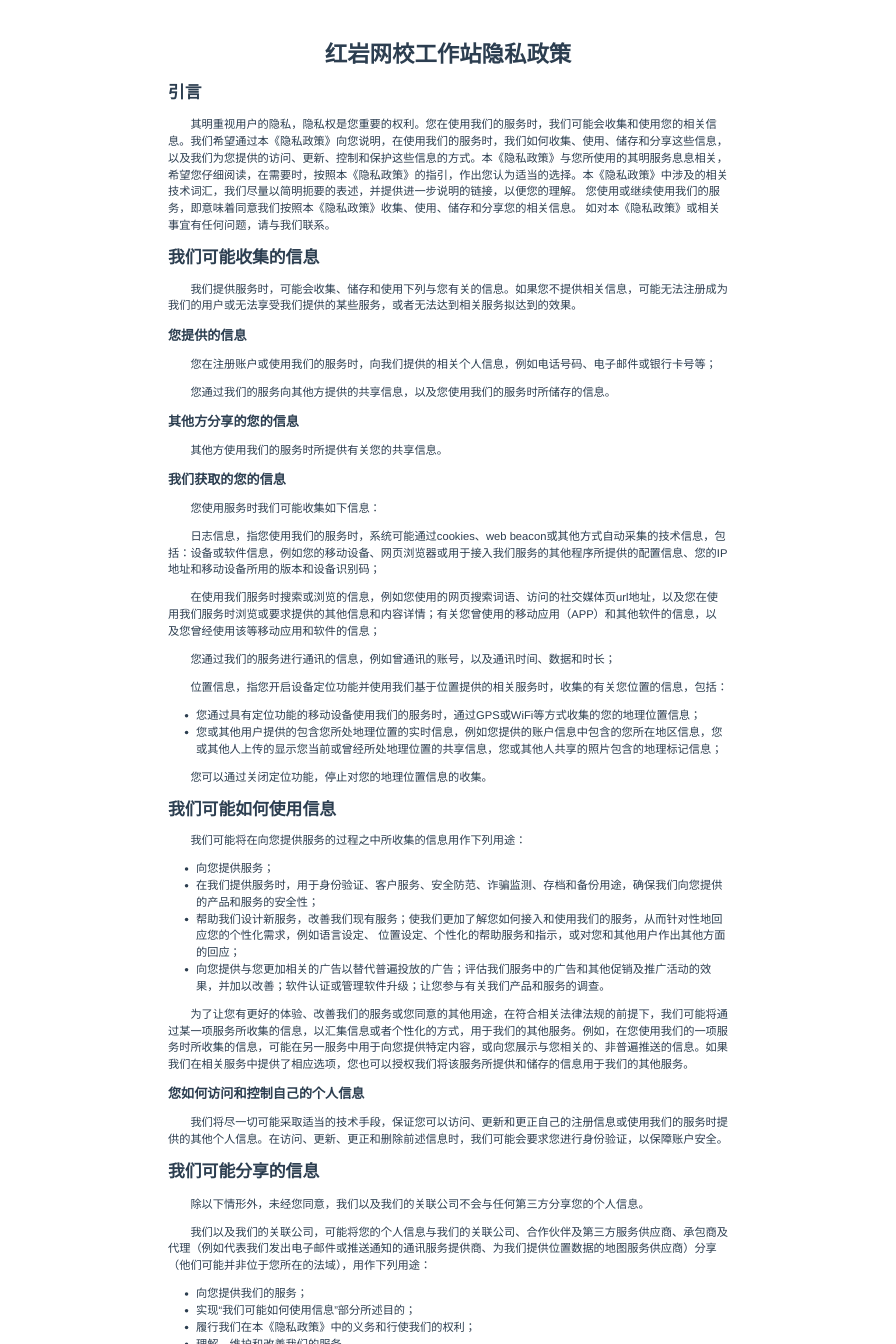
Repository: zl-mdc/privacy-policy
Page: /
An editor plug-in stored every save of this project. The page is shown before and after the next save, followed by the edit.
The browser window is 1280 px wide. The pictures show the part of the page from y = 0 to 1920 px (the page is 4327 px tall), at 70% of full size.
The project was rebuilt for these pictures with package versions that can differ from the ones it lists, and the page was loaded fresh each time.

Above is the page before, as saved 2020-09-17 16:20:18.

### src/main.js
import Vue from 'vue'
import App from './App.vue'
import 'normalize.css'

Vue.config.productionTip = false

new Vue({
  render: h => h(App),
}).$mount('#app')

### src/App.vue
<template>
  <div id="app">
    <Info />
  </div>
</template>

<script>
import Info from './components/Info';

export default {
  name: 'App',
  components: {
    Info
  }
}
</script>

<style>
#app {
  font-family: Avenir, Helvetica, Arial, sans-serif;
  -webkit-font-smoothing: antialiased;
  -moz-osx-font-smoothing: grayscale;
  text-align: center;
  color: #2c3e50;
  margin-top: 60px;
}
</style>

### src/components/Info.vue
<!--
 * @Author: Code_Master
 * @Date: 2020-09-17 15:00:51
 * @LastEditTime: 2020-09-17 16:20:18
 * @LastEditors: Code_Master
 * @FilePath: /privacy-policy/src/components/Info.vue
 * @Description: The first 90% of the code accounts for the first 90% of the development time. The remaining 10% of the code accounts for the other 90% of the development time.
-->
<template>
    <div id="info">
          <h1>红岩网校工作站隐私政策</h1>

          <h2>引言</h2>
          <p><span></span>其明重视用户的隐私，隐私权是您重要的权利。您在使用我们的服务时，我们可能会收集和使用您的相关信息。我们希望通过本《隐私政策》向您说明，在使用我们的服务时，我们如何收集、使用、储存和分享这些信息，以及我们为您提供的访问、更新、控制和保护这些信息的方式。本《隐私政策》与您所使用的其明服务息息相关，希望您仔细阅读，在需要时，按照本《隐私政策》的指引，作出您认为适当的选择。本《隐私政策》中涉及的相关技术词汇，我们尽量以简明扼要的表述，并提供进一步说明的链接，以便您的理解。 您使用或继续使用我们的服务，即意味着同意我们按照本《隐私政策》收集、使用、储存和分享您的相关信息。 如对本《隐私政策》或相关事宜有任何问题，请与我们联系。 </p>

          <h2>我们可能收集的信息</h2>
          <p>我们提供服务时，可能会收集、储存和使用下列与您有关的信息。如果您不提供相关信息，可能无法注册成为我们的用户或无法享受我们提供的某些服务，或者无法达到相关服务拟达到的效果。</p>
          <h3>您提供的信息</h3>
          <p>您在注册账户或使用我们的服务时，向我们提供的相关个人信息，例如电话号码、电子邮件或银行卡号等；</p>
          <p>您通过我们的服务向其他方提供的共享信息，以及您使用我们的服务时所储存的信息。</p>
          <h3>其他方分享的您的信息</h3>
          <p>其他方使用我们的服务时所提供有关您的共享信息。</p>
          <h3>我们获取的您的信息</h3>
          <p>您使用服务时我们可能收集如下信息：</p>
          <p>日志信息，指您使用我们的服务时，系统可能通过cookies、web beacon或其他方式自动采集的技术信息，包括：设备或软件信息，例如您的移动设备、网页浏览器或用于接入我们服务的其他程序所提供的配置信息、您的IP地址和移动设备所用的版本和设备识别码；</p>
          <p>在使用我们服务时搜索或浏览的信息，例如您使用的网页搜索词语、访问的社交媒体页url地址，以及您在使用我们服务时浏览或要求提供的其他信息和内容详情；有关您曾使用的移动应用（APP）和其他软件的信息，以及您曾经使用该等移动应用和软件的信息；</p>
          <p>您通过我们的服务进行通讯的信息，例如曾通讯的账号，以及通讯时间、数据和时长；</p>
          <p>位置信息，指您开启设备定位功能并使用我们基于位置提供的相关服务时，收集的有关您位置的信息，包括：</p>
          <ul>
              <li>您通过具有定位功能的移动设备使用我们的服务时，通过GPS或WiFi等方式收集的您的地理位置信息；</li>
              <li>您或其他用户提供的包含您所处地理位置的实时信息，例如您提供的账户信息中包含的您所在地区信息，您或其他人上传的显示您当前或曾经所处地理位置的共享信息，您或其他人共享的照片包含的地理标记信息；</li>
          </ul>
          <p>您可以通过关闭定位功能，停止对您的地理位置信息的收集。</p>

          <h2>我们可能如何使用信息</h2>
          <p>我们可能将在向您提供服务的过程之中所收集的信息用作下列用途：</p>
          <ul>
              <li>向您提供服务； </li>
              <li>在我们提供服务时，用于身份验证、客户服务、安全防范、诈骗监测、存档和备份用途，确保我们向您提供的产品和服务的安全性； </li>
              <li>帮助我们设计新服务，改善我们现有服务；使我们更加了解您如何接入和使用我们的服务，从而针对性地回应您的个性化需求，例如语言设定、 位置设定、个性化的帮助服务和指示，或对您和其他用户作出其他方面的回应；</li>
              <li>向您提供与您更加相关的广告以替代普遍投放的广告；评估我们服务中的广告和其他促销及推广活动的效果，并加以改善；软件认证或管理软件升级；让您参与有关我们产品和服务的调查。</li>
          </ul>
          <p>为了让您有更好的体验、改善我们的服务或您同意的其他用途，在符合相关法律法规的前提下，我们可能将通过某一项服务所收集的信息，以汇集信息或者个性化的方式，用于我们的其他服务。例如，在您使用我们的一项服务时所收集的信息，可能在另一服务中用于向您提供特定内容，或向您展示与您相关的、非普遍推送的信息。如果我们在相关服务中提供了相应选项，您也可以授权我们将该服务所提供和储存的信息用于我们的其他服务。</p>
          <h3>您如何访问和控制自己的个人信息</h3>
          <p>我们将尽一切可能采取适当的技术手段，保证您可以访问、更新和更正自己的注册信息或使用我们的服务时提供的其他个人信息。在访问、更新、更正和删除前述信息时，我们可能会要求您进行身份验证，以保障账户安全。</p>

          <h2>我们可能分享的信息</h2>
          <p>除以下情形外，未经您同意，我们以及我们的关联公司不会与任何第三方分享您的个人信息。</p>
          <p>我们以及我们的关联公司，可能将您的个人信息与我们的关联公司、合作伙伴及第三方服务供应商、承包商及代理（例如代表我们发出电子邮件或推送通知的通讯服务提供商、为我们提供位置数据的地图服务供应商）分享（他们可能并非位于您所在的法域），用作下列用途：</p>
          <ul>
              <li>向您提供我们的服务；</li>
              <li>实现“我们可能如何使用信息”部分所述目的；</li>
              <li>履行我们在本《隐私政策》中的义务和行使我们的权利； </li>
              <li>理解、维护和改善我们的服务</li>
          </ul>
          <p>如我们或我们的关联公司与任何上述第三方分享您的个人信息，我们将努力确保该等第三方在使用您的个人信息时遵守本《隐私政策》及我们要求其遵守的其他适当的保密和安全措施。</p>
          <p>随着我们业务的持续发展，我们以及我们的关联公司有可能进行合并、收购、资产转让或类似的交易，您的个人信息有可能作为此类交易的一部分而被转移。我们将在转移前通知您。</p>
          <p>我们或我们的关联公司还可能为以下需要而保留、保存或披露您的个人信息：</p>
          <ul>
              <li>遵守适用的法律法规；</li>
              <li>遵守法院命令或其他法律程序的规定； </li>
              <li>遵守相关政府机关的要求。 </li>
          </ul>
          <p>为遵守适用的法律法规、维护社会公共利益，或保护我们的客户、我们或我们的集团公司、其他用户或雇员的人身和财产安全或合法权益所合理必需的用途。</p>

          <h2>信息安全</h2>
          <p>我们仅在本《隐私政策》所述目的所必需的期间和法律法规要求的时限内保留您的个人信息。</p>
          <p>我们使用各种安全技术和程序，以防信息的丢失、不当使用、未经授权阅览或披露。例如，在某些服务中，我们将利用加密技术（例如SSL）来保护您提供的个人信息。但请您理解，由于技术的限制以及可能存在的各种恶意手段，在互联网行业，即便竭尽所能加强安全措施，也不可能始终保证信息百分之百的安全。您需要了解，您接入我们的服务所用的系统和通讯网络，有可能因我们可控范围外的因素而出现问题。</p>

          <h2>您分享的信息</h2>
          <p>我们的多项服务，可让您不仅与自己的社交网络，也与使用该服务的所有用户公开分享您的相关信息，例如，您在我们的服务中所上传或发布的信息（包括您公开的个人信息、您建立的名单）、您对其他人上传或发布的信息作出的回应，以及包括与这些信息有关的位置数据和日志信息。使用我们服务的其他用户也有可能分享与您有关的信息（包括位置数据和日志信息）。特别是，我们的社交媒体服务，是专为使您与世界各地的用户共享信息而设计，您可以使共享信息实时、广泛地传递。只要您不删除共享信息，有关信息会一直留存在公共领域；即使您删除共享信息，有关信息仍可能由其他用户或不受我们控制的非关联第三方独立地缓存、复制或储存，或由其他用户或该等第三方在公共领域保存。</p>
          <p>因此，请您谨慎考虑通过我们的服务上传、发布和交流的信息内容。在一些情况下，您可通过我们某些服务的隐私设定来控制有权浏览您共享信息的用户范围。如要求从我们的服务中删除您的相关信息，请通过该等特别服务条款提供的方式操作。</p>

          <h2>您分享的敏感个人信息  </h2>
          <p>某些个人信息因其特殊性可能被认为是敏感个人信息，例如您的种族、宗教、个人健康和医疗信息等。相比其他个人信息，敏感个人信息受到更加严格的保护。</p>
          <p>请注意，您在使用我们的服务时所提供、上传或发布的内容和信息（例如有关您社交活动的照片等信息），可能会泄露您的敏感个人信息。您需要谨慎地考虑，是否在使用我们的服务时披露相关敏感个人信息。</p>
          <p>您同意按本《隐私政策》所述的目的和方式来处理您的敏感个人信息。</p>

          <h2>我们可能如何收集信息</h2>
          <p>我们或我们的第三方合作伙伴，可能通过cookies和web beacon收集和使用您的信息，并将该等信息储存为日志信息。</p>
          <p>我们使用自己的cookies和web beacon，目的是为您提供更个性化的用户体验和服务，并用于以下用途：</p>
          <ul>
              <li>记住您的身份。例如：cookies和web beacon有助于我们辨认您作为我们的注册用户的身份，或保存您向我们提供的有关您的喜好或其他信息；</li>
              <li>分析您使用我们服务的情况。例如，我们可利用cookies和web beacon来了解您使用我们的服务进行什么活动，或哪些网页或服务最受您的欢迎;</li>
              <li>广告优化。Cookies和web beacon有助于我们根据您的信息，向您提供与您相关的广告而非进行普遍的广告投放。</li>
          </ul>
          <p>我们为上述目的使用cookies和web beacon的同时，可能将通过cookies和web beacon收集的非个人身份信息，经统计加工后提供给广告商或其他合作伙伴，用于分析用户如何使用我们的服务，并用于广告服务。</p>
          <p>我们的产品和服务上可能会有广告商或其他合作方放置的cookies和web beacon。这些cookies和web beacon可能会收集与您相关的非个人身份信息，以用于分析用户如何使用该等服务、向您发送您可能感兴趣的广告，或用于评估广告服务的效果。这些第三方cookies和web beacon收集和使用该等信息，不受本《隐私政策》约束，而是受相关使用者的隐私政策约束，我们不对第三方的cookies或web beacon承担责任。</p>
          <p>您可以通过浏览器设置拒绝或管理cookies或web beacon。但请注意，如果停用cookies或web beacon，您有可能无法享受最佳的服务体验，某些服务也可能无法正常使用。同时，您还会收到同样数量的广告，但这些广告与您的相关性会降低。</p>

          <h2>我们可能向您发送的邮件和信息 </h2>
          <h3>邮件和信息推送</h3>
          <p>您在使用我们的服务时，我们可能使用您的信息向您的设备发送电子邮件、新闻或推送通知。如您不希望收到这些信息，可以按照我们的相关提示，在设备上选择取消订阅。</p>
          <h3>与服务有关的公告</h3>
          <p>我们可能在必要时（例如因系统维护而暂停某一项服务时）向您发出与服务有关的公告。您可能无法取消这些与服务有关、性质不属于推广的公告。</p>

          <h2>隐私政策的适用范围</h2>
          <p>除某些特定服务外，我们所有的服务均适用本《隐私政策》。这些特定服务将适用特定的隐私政策。针对某些特定服务的特定隐私政策，将更具体地说明我们在该等服务中如何使用您的信息。该特定服务的隐私政策构成本《隐私政策》的一部分。如相关特定服务的隐私政策与本《隐私政策》有不一致之处，适用该特定服务的隐私政策。</p>
          <p>除本《隐私政策》另有规定外，本《隐私条款》所用词语将与《其明服务协议》所定义的词语具有相同的涵义。</p>
          <p>请您注意，本《隐私政策》不适用于以下情况：</p>
          <ul>
              <li>通过我们的服务而接入的第三方服务（包括任何第三方网站）收集的信息；</li>
              <li>通过在我们服务中进行广告服务的其他公司或机构所收集的信息。 </li>
          </ul>

          <h2>变更</h2>
          <p>我们可能适时修订本《隐私政策》的条款，该等修订构成本《隐私政策》的一部分。如该等修订造成您在本《隐私政策》下权利的实质减少，我们将在修订生效前通过在主页上显著位置提示或向您发送电子邮件或以其他方式通知您。在该种情况下，若您继续使用我们的服务，即表示同意受经修订的本《隐私政策》的约束。</p>
    </div>
</template>

<script>
export default {
    name: "Info",
}
</script>

<style>
    #info {
        width: 800px;
        margin: 0 auto;
        text-align: left;
    }
    h1 {
        text-align: center;
    }
    h2 {
        color: ;
    }
    p {
        text-indent:2em;
        line-height: 1.5;
    }
    li {
        line-height: 1.5;
    }
</style>

Loaded but not shown: public/index.html (common file)

After the next save:
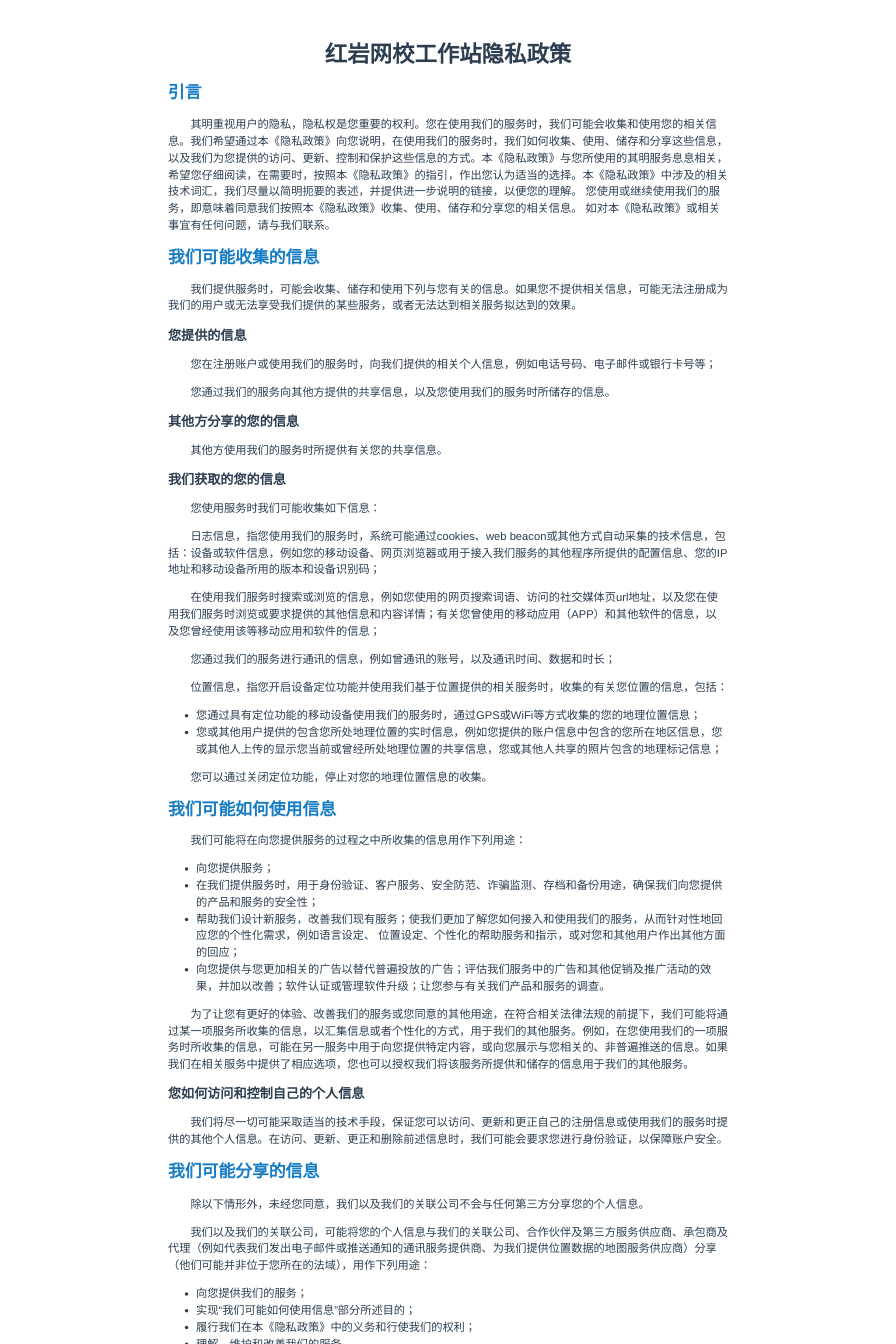
Saved 33 s later.
--- a/src/components/Info.vue
+++ b/src/components/Info.vue
@@ -1,7 +1,7 @@
 <!--
  * @Author: Code_Master
  * @Date: 2020-09-17 15:00:51
- * @LastEditTime: 2020-09-17 16:20:18
+ * @LastEditTime: 2020-09-17 16:20:51
  * @LastEditors: Code_Master
  * @FilePath: /privacy-policy/src/components/Info.vue
  * @Description: The first 90% of the code accounts for the first 90% of the development time. The remaining 10% of the code accounts for the other 90% of the development time.
@@ -124,6 +124,9 @@ export default {
         text-align: center;
     }
     h2 {
+        color: #157CC5;
+    }
+    h3 {
         color: ;
     }
     p {
